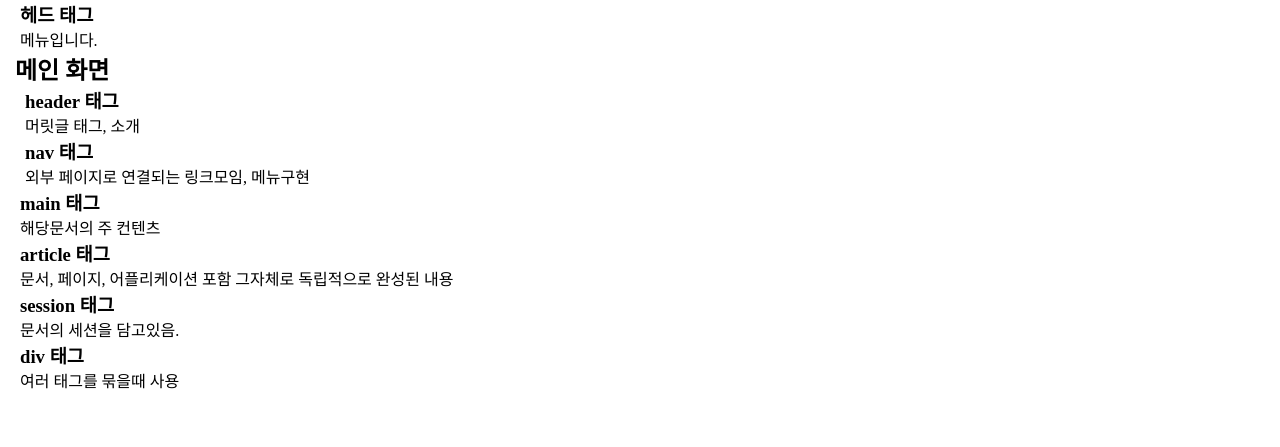
Repository: marudaga/html-css-lecture
Page: work/study/src/main/webapp/htmlEx/ch03/ex10.html
The author's editor kept a copy of each file at every save. The page is drawn from the files as they stood at one save, then again after the next save.
The browser window is 1280 px wide. The pictures show the whole page.

Above is the page before, as saved 2022-09-07 01:30:03.

### work/study/src/main/webapp/htmlEx/ch03/ex10.html
<!DOCTYPE html>
<html>
<head>
<meta charset="UTF-8">
<title>Insert title here</title>
<style type="text/css">
* {
	margin:0 5px; padding:0;
}
</style>

</head>
<body>
	<header>
		<h3>헤드 태그</h3>
		<nav>메뉴입니다.</nav>
	</header>
	<main></main>
	<h2>메인 화면</h2>

	<section style="float: left; width: 65%;">
		<article>
			<h3>header 태그</h3>
			<p>머릿글 태그, 소개</p>
		</article>

		<article>
			<h3>nav 태그</h3>
			<p>외부 페이지로 연결되는 링크모임, 메뉴구현</p>
		</article>
	</section>
	<aside style="float: right; width: 30%;"></aside>
	<div style="clear: both;"></div>

	<article>
		<h3>main 태그</h3>
		<p>해당문서의 주 컨텐츠</p>
	</article>
	<article>
		<h3>article 태그</h3>
		<p>문서, 페이지, 어플리케이션 포함 그자체로 독립적으로 완성된 내용</p>

	</article>

	<article>
		<h3>session 태그</h3>
		<p>문서의 세션을 담고있음.</p>
	</article>
	<article>
		<h3>div 태그</h3>
		<p>여러 태그를 묶을때 사용</p>
	</article>
</body>
</html>

After the next save:
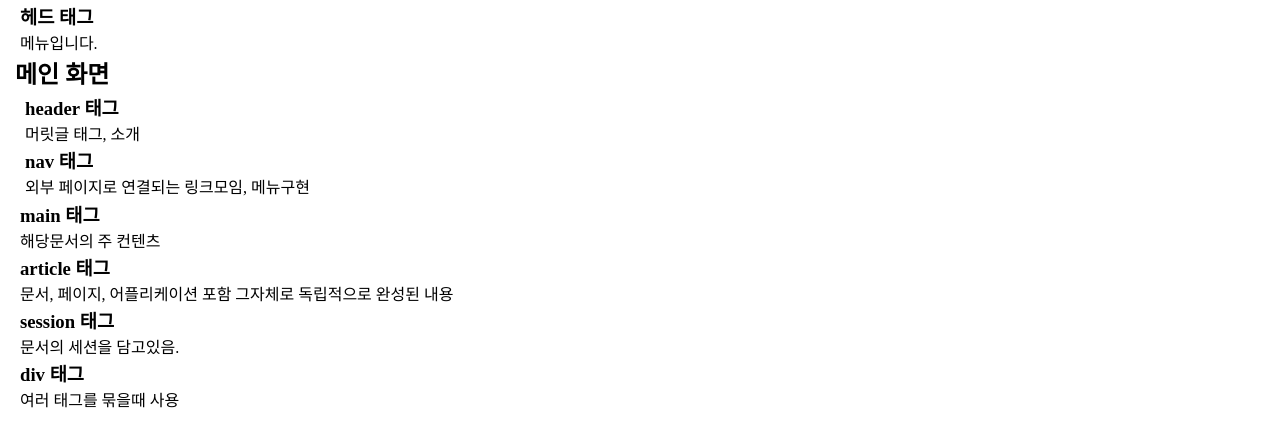
Saved 6 s later.
--- a/work/study/src/main/webapp/htmlEx/ch03/ex10.html
+++ b/work/study/src/main/webapp/htmlEx/ch03/ex10.html
@@ -5,7 +5,7 @@
 <title>Insert title here</title>
 <style type="text/css">
 * {
-	margin:0 5px; padding:0;
+	margin:1px 5px; padding:0;
 }
 </style>
 
